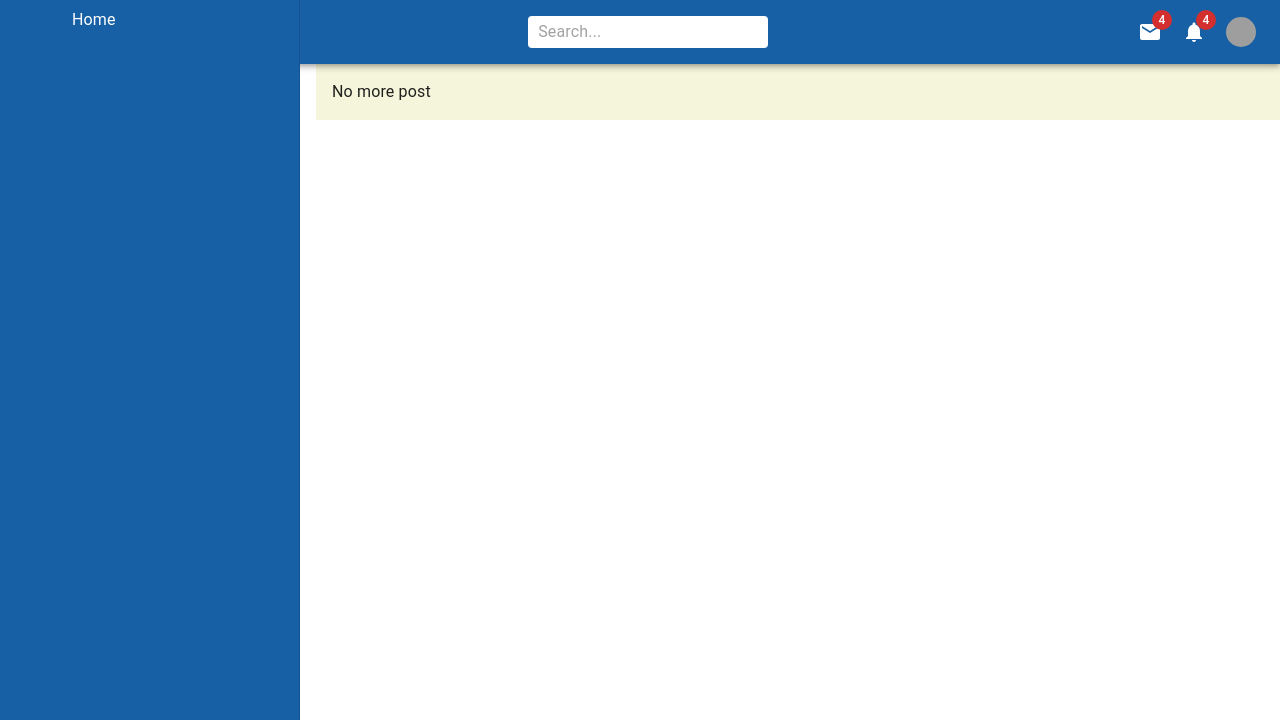
Repository: TrangPhuongLam07/exchangebookfrontend
Page: /
An editor plug-in stored every save of this project. The page is shown before and after the next save, followed by the edit.
The browser window is 1280 px wide. The pictures show the whole page.
Pictures or frames that could not be fetched are drawn as grey boxes. The page's requests for data from a server got no answer. The project was rebuilt for these pictures with package versions that can differ from the ones it lists, and the page was loaded fresh each time. Some packages were replaced by stand-ins written for this rebuild. No one was signed in, and anything a server would have sent is missing. Also part of the build but not shown: craco.config.js, src/components/post/index.js. Imported but missing from the stored project, and not drawn on this page: src/pages/management/add-post, src/pages/management/update-post.

Above is the page before, as saved 2023-08-01 17:02:49.

### src/index.js
import ReactDOM from "react-dom/client";
import React from "react";
import config from "./config";
import App from "./App";
import { ThemeProvider } from "@mui/material";
import "./index.css";
const root = ReactDOM.createRoot(document.getElementById("root"));

root.render(
  <React.StrictMode>
    <ThemeProvider theme={config.theme}>
      <App />
    </ThemeProvider>
  </React.StrictMode>
);

### src/config/index.js
import routes from "./routes";
import theme from "./theme";
const config = {
  routes,
  theme,
};

export default config;

### src/App.js
import { ReactQueryDevtools } from "@tanstack/react-query-devtools";
import { QueryClient, QueryClientProvider } from "@tanstack/react-query";
import { privateRoutes, publicRoutes } from "~/routes";
import { Fragment, Suspense } from "react";
import { CssBaseline } from "@mui/material";
import { BrowserRouter as Router, Routes, Route } from "react-router-dom";
import { Toaster } from "react-hot-toast";
const queryClient = new QueryClient({
  defaultOptions: {
    queries: {
      refetchOnWindowFocus: false,
      refetchOnMount: false,
      refetchOnReconnect: false,
      retry: 1,
      staleTime: 5 * 1000,
    },
  },
});

function App() {
  return (
    <QueryClientProvider client={queryClient}>
      <CssBaseline />
      <Toaster
        toastOptions={{
          duration: 1500,
        }}
      />
      <Router>
        <Suspense fallback={<div>Loading...</div>}>
          <Routes>
            {publicRoutes.map((route, index) => {
              const Page = route.component;
              const Layout = route.layout || Fragment;
              return (
                <Route
                  key={index}
                  path={route.path}
                  element={
                    <Layout>
                      <Page />
                    </Layout>
                  }
                />
              );
            })}
            {privateRoutes.map((route, index) => {
              const Page = route.component;
              const Layout = route.layout || Fragment;
              const Role = route?.role;
              return (
                <Route
                  key={index}
                  path={route.path}
                  element={
                    <Layout>
                      <Page />
                    </Layout>
                  }
                />
              );
            })}
          </Routes>
        </Suspense>
      </Router>
      <ReactQueryDevtools initialIsOpen={false} />
    </QueryClientProvider>
  );
}

export default App;

### src/index.css
body {
  margin: 0;
  font-family: -apple-system, BlinkMacSystemFont, "Segoe UI", "Roboto", "Oxygen",
    "Ubuntu", "Cantarell", "Fira Sans", "Droid Sans", "Helvetica Neue",
    sans-serif;
  -webkit-font-smoothing: antialiased;
  -moz-osx-font-smoothing: grayscale;
}

code {
  font-family: source-code-pro, Menlo, Monaco, Consolas, "Courier New",
    monospace;
}
img {
  max-width: 100%;
  object-fit: cover;
}

### src/config/routes.js
const routes = {
  home: "/",
  management: {
    management: "/management",
    add: "/management/add",
    update: "/management/update/:id",
    transaction: "/management/transaction",
    profile: "/management/profile",
  },
};
export default routes;

### src/config/theme.js
import { createTheme } from "@mui/material";
const theme = createTheme({
  palette: {
    primary: {
      main: "#1760A5",
      light: "skyblue",
    },
    secondary: {
      main: "#15C630",
    },
  },
});
export default theme;

### src/routes/index.js
import config from "~/config";
import { lazy } from "react";

const HomePage = lazy(() => import("~/pages/home"));
const AddPostPage = lazy(() => import("~/pages/management/add-post"));
const UpdatePostPage = lazy(() => import("~/pages/management/update-post"));
const ManagementPage = lazy(() => import("~/pages/management"));
const TransactionPage = lazy(() => import("~/pages/management/transaction"));

const ProfilePage = lazy(() => import("~/pages/management/profile"));

const DetailPage = lazy(() => import("~/pages/detail"));

const DefaultLayout = lazy(() => import("~/layouts/default"));
const ManagementLayout = lazy(() => import("~/layouts/management"));
const DetailLayout = lazy(() => import("~/layouts/detail"));

const publicRoutes = [
  {
    path: config.routes.home,
    component: HomePage,
    layout: DefaultLayout,
  },
];
const privateRoutes = [
  {
    path: config.routes.management.management,
    component: ManagementPage,
    layout: ManagementLayout,
  },
  {
    path: config.routes.management.add,
    component: AddPostPage,
    layout: ManagementLayout,
  },
  {
    path: config.routes.management.update,
    component: UpdatePostPage,
    layout: ManagementLayout,
  },
  {
    path: config.routes.management.profile,
    component: ProfilePage,
    layout: ManagementLayout,
  },
  {
    path: config.routes.management.transaction,
    component: TransactionPage,
    layout: ManagementLayout,
  },
  {
    path: config.routes.detailPage,
    component: DetailPage,
    layout: ManagementLayout,
  },
];

export { publicRoutes, privateRoutes };

### src/pages/home/index.js
import { useInfiniteQuery } from "@tanstack/react-query";
import { useCallback, useEffect, useId, useRef, useState } from "react";
import Feed from "~/components/feed";
import Post from "~/components/post";
import { postService } from "~/services";
const HomePage = () => {
  const uuid = useId();
  const [lastPostId, setLastPostId] = useState();
  const { data, isFetchingNextPage, error, fetchNextPage, hasNextPage } =
    useInfiniteQuery({
      queryKey: ["posts"],
      queryFn: postService.getAll,
      getNextPageParam: (lastPage, allPages) => {
        return allPages.length < 3 && allPages.length + 1;
      },
      getPreviousPageParam: (firstPage, allPages) => firstPage.prevCursor,
    });
  const intObserver = useRef();
  const lastPostRef = useCallback(
    (post) => {
      if (isFetchingNextPage) return;
      intObserver.current && intObserver.current.disconnect();
      intObserver.current = new IntersectionObserver((post) => {
        if (post[0].isIntersecting && hasNextPage) fetchNextPage();
      });
      post && intObserver.current.observe(post);
    },
    [isFetchingNextPage, fetchNextPage, hasNextPage]
  );

  if (error) return <>Error: {error.message}</>;
  return (
    <Feed>
      {data?.pages.map((page) => {
        return page.map((post, i) => {
          // if (data?.pages.length - 1 === i) {
          //   return <Post key={uuid} ref={lastPostRef} post={post} />;
          // }
          return (
            <Post
              key={i}
              post={post}
              ref={data?.pages.length - 1 === i ? lastPostRef : null}
            />
          );
        });
      })}
      {!hasNextPage && "No more post"}
    </Feed>
  );
};

export default HomePage;

### src/layouts/default/index.js
import { Box, Stack } from "@mui/material";
import AddPostBtn from "~/components/buttons/add-btn";
import Header from "~/components/header";
import Sidebar from "~/components/sidebar";

const DefaultLayout = ({ children }) => {
  return (
    <Box>
      <Header />
      <Stack direction="row" spacing={2} justifyContent="space-between">
        <Sidebar />
        {children}
        {/* <Feed /> */}
      </Stack>
      <AddPostBtn />
    </Box>
  );
};

export default DefaultLayout;

### src/components/feed/index.js
import { Box } from "@mui/material";

const Feed = ({ children }) => {
  return (
    <Box bgcolor="beige" flex={5} p={2}>
      {children}
    </Box>
  );
};

export default Feed;

### src/services/index.js
export * as categoryService from "./categoryService";
export * as postService from "./postService";
export * as userService from "./userService";

### src/components/buttons/add-btn/index.js
import {
  Avatar,
  Box,
  Button,
  ButtonGroup,
  Fab,
  Modal,
  TextField,
  Tooltip,
  Typography,
  styled,
} from "@mui/material";
import { Add as AddIcon } from "@mui/icons-material";
import { useState } from "react";
const AddPostBtn = () => {
  const [open, setOpen] = useState(false);
  const handleClose = () => setOpen(false);

  const StyledModal = styled(Modal)({
    display: "flex",
    alignItems: "center",
    justifyContent: "center",
  });
  const UserBox = styled(Box)({
    display: "flex",
    alignItems: "center",
    gap: "10px",
    marginBottom: "20px",
  });
  return (
    <Box>
      <Tooltip
        onClick={() => setOpen(true)}
        title="Add post"
        sx={{
          position: "fixed",
          bottom: 20,
          left: { xs: "calc(50% - 25px)", md: 30 },
        }}
      >
        <Fab color="primary" aria-label="Add">
          <AddIcon />
        </Fab>
      </Tooltip>
      <StyledModal open={open} onClose={handleClose}>
        <Box width={500} height={350} p={3} borderRadius={4} bgcolor="white">
          <Typography variant="h6" color="gray" textAlign="center">
            Create post
          </Typography>
          <UserBox>
            <Avatar
              src="https://source.unsplash.com/random"
              sx={{ width: 30, height: 30 }}
            />
            <Typography fontWeight={500} variant="span">
              Kienthuc
            </Typography>
          </UserBox>
          <TextField
            multiline
            rows={4}
            placeholder="What's in your mind"
            variant="standard"
            sx={{
              width: "100%",
            }}
          />
          <ButtonGroup fullWidth variant="contained" sx={{ marginTop: 3 }}>
            <Button>Post</Button>
          </ButtonGroup>
        </Box>
      </StyledModal>
    </Box>
  );
};

export default AddPostBtn;

### src/components/header/index.js
import { Pets, Mail, Notifications } from "@mui/icons-material";
import {
  AppBar,
  Typography,
  Box,
  Toolbar,
  InputBase,
  Badge,
  styled,
  Avatar,
  Menu,
  MenuItem,
} from "@mui/material";
import { useState } from "react";
import { useNavigate } from "react-router-dom";

const Header = () => {
  const [open, setOpen] = useState(false);
  const navigate = useNavigate();
  const handleToggle = () => {
    setOpen(!open);
  };

  const StyledToobar = styled(Toolbar)({
    display: "flex",
    justifyContent: "space-between",
  });
  const Search = styled("div")(({ theme }) => ({
    background: "white",
    padding: "0 10px",
    borderRadius: theme.shape.borderRadius,
  }));
  const Icons = styled(Box)(({ theme }) => ({
    display: "none",
    alignItems: "center",
    gap: "20px",
    [theme.breakpoints.up("sm")]: {
      display: "flex",
    },
  }));
  const UserBox = styled(Box)(({ theme }) => ({
    display: "flex",
    alignItems: "center",
    gap: "10px",
    [theme.breakpoints.up("sm")]: {
      display: "none",
    },
  }));
  return (
    <AppBar position="sticky">
      <StyledToobar>
        <Typography
          variant="h6"
          sx={{
            display: { xs: "none", sm: "block" },
          }}
        >
          ExchangeBook
        </Typography>
        <Pets
          sx={{
            display: { xs: "block", sm: "none" },
          }}
        />
        <Search>
          <InputBase placeholder="Search..." />
        </Search>
        <Icons>
          <Badge badgeContent={4} color="error">
            <Mail />
          </Badge>
          <Badge badgeContent={4} color="error">
            <Notifications />
          </Badge>
          <Avatar
            sx={{ width: 30, height: 30 }}
            src="https://source.unsplash.com/random"
            onClick={handleToggle}
          />
        </Icons>
        <UserBox onClick={handleToggle}>
          <Avatar
            sx={{ width: 30, height: 30 }}
            src="https://source.unsplash.com/random"
          />
        </UserBox>
        <Menu
          id="menu"
          aria-aria-labelledby="demo"
          open={open}
          onClose={() => setOpen(false)}
          anchorOrigin={{
            vertical: "top",
            horizontal: "right",
          }}
          transformOrigin={{
            vertical: "top",
            horizontal: "right",
          }}
        >
          <MenuItem
            onClick={() => navigate("/management/profile", { replace: true })}
          >
            Profile
          </MenuItem>
          <MenuItem>My account</MenuItem>
          <MenuItem>Logout</MenuItem>
        </Menu>
      </StyledToobar>
    </AppBar>
  );
};

export default Header;

### src/components/sidebar/index.js
import { Home, ModeNight } from "@mui/icons-material";
import {
  Box,
  List,
  ListItem,
  ListItemIcon,
  ListItemText,
  Switch,
  styled,
  Drawer,
  ListItemButton,
} from "@mui/material";
import { Link } from "react-router-dom";
import theme from "~/config/theme";
const Sidebar = () => {
  const StyledLink = styled(Link)({
    display: "flex",
    alignItems: "center",
    width: "100%",
    padding: "10px 20px",
    rowGap: 5,
  });

  return (
    // <Box
    //   flex={1}
    //   position="relative"
    //   p={2}
    //   sx={{
    //     display: { xs: "none", sm: "block" },
    //   }}
    // >
    //   <Box position="fixed" width={1 / 8}>
    //     <List>
    //       <ListItem>
    //         <StyledLink to="/">
    //           <ListItemIcon>
    //             <Home />
    //           </ListItemIcon>
    //           <ListItemText primary="Home" />
    //         </StyledLink>
    //       </ListItem>
    //       <ListItem>
    //         <StyledLink to="/management">
    //           <ListItemIcon>
    //             <Home />
    //           </ListItemIcon>
    //           <ListItemText primary="Management" />
    //         </StyledLink>
    //       </ListItem>
    //       <ListItem>
    //         <StyledLink to="/management/add">
    //           <ListItemIcon>
    //             <Home />
    //           </ListItemIcon>
    //           <ListItemText primary="Add" />
    //         </StyledLink>
    //       </ListItem>
    //       <ListItem>
    //         <StyledLink to="/management/transaction">
    //           <ListItemIcon>
    //             <Home />
    //           </ListItemIcon>
    //           <ListItemText primary="Transaction" />
    //         </StyledLink>
    //       </ListItem>
    //       <ListItem>
    //         <ListItemIcon>
    //           <ModeNight />
    //           <Switch />
    //         </ListItemIcon>
    //       </ListItem>
    //     </List>
    //   </Box>
    // </Box>
    <Drawer
      variant="permanent"
      sx={{
        width: 300,
        flexShrink: 0,
        "& .MuiDrawer-paper": {
          width: 300,
          boxSizing: "border-box",
          backgroundColor: theme.palette.primary.main,
          color: "white",
        },
      }}
    >
      <List disablePadding>
        <ListItemButton>
          <ListItemIcon></ListItemIcon>
          Home
        </ListItemButton>
      </List>
    </Drawer>
  );
};

export default Sidebar;

### src/services/categoryService.js
import httpRequest from "~/utils/httpRequest";

export const findById = async (id) => {
  try {
    const res = await httpRequest.get(`/posts/${id}`);
    return res.data;
  } catch (error) {
    console.log(error);
  }
};
export const findAll = async () => {
  try {
    const res = await httpRequest.get("/categories");
    return res.data;
  } catch (error) {
    console.log(error);
  }
};

### src/services/postService.js
import httpRequest from "~/utils/httpRequest";
const REQUEST = "/posts";

export const create = async (data) =>
  httpRequest.post(REQUEST, data, {
    headers: {
      "Content-Type": "multipart/form-data",
    },
  });
export const getOne = async (id) => {
  try {
    const res = await httpRequest.get(REQUEST + `/${id}`);
    return res.data;
  } catch (error) {}
};
export const getAll = async ({ pageParam = 1 }, page = 1) => {
  console.log(pageParam, page);
  try {
    const res = await httpRequest.get(
      `${REQUEST}?page=${page}&size=${pageParam}`
    );
    return res.data.postsResponses;
  } catch (error) {
    console.log(error);
  }
};
export const updateOne = async (id, data) => {
  try {
    const res = await httpRequest.put(`${REQUEST}/${id}`, data, {
      headers: {
        "Content-Type": "multipart/form-data",
      },
    });
    return res.data;
  } catch (error) {
    console.log(error);
  }
};
export const deleteOne = async (id) => {
  try {
    const res = await httpRequest.delete(`${REQUEST}/${id}`);
    return res.data;
  } catch (error) {
    console.log(error);
  }
};

### src/services/userService.js
import httpRequest from "~/utils/httpRequest";
const REQUEST = "/posts";

export const update = async (data) =>
  httpRequest.post(REQUEST, data, {
    headers: {
      "Content-Type": "multipart/form-data",
    },
  });

### src/utils/httpRequest.js
import axios from "axios";

const httpRequest = axios.create({
  baseURL: process.env.REACT_APP_BASE_API,
});

export const get = async (path, options = {}) => {
  const response = await httpRequest.get(path, options);
  return response.data;
};
export const post = async (path, data, options = {}) => {
  const response = await httpRequest.post(path, data, options);
  return response.data;
};
export const put = async (path, data, options = {}) => {
  const response = await httpRequest.put(path, data, options);
  return response.data;
};
export const remove = async (path, options = {}) => {
  const response = await httpRequest.delete(path, options);
  return response.data;
};
export default httpRequest;

Loaded but not shown: public/index.html (common file)

After the next save:
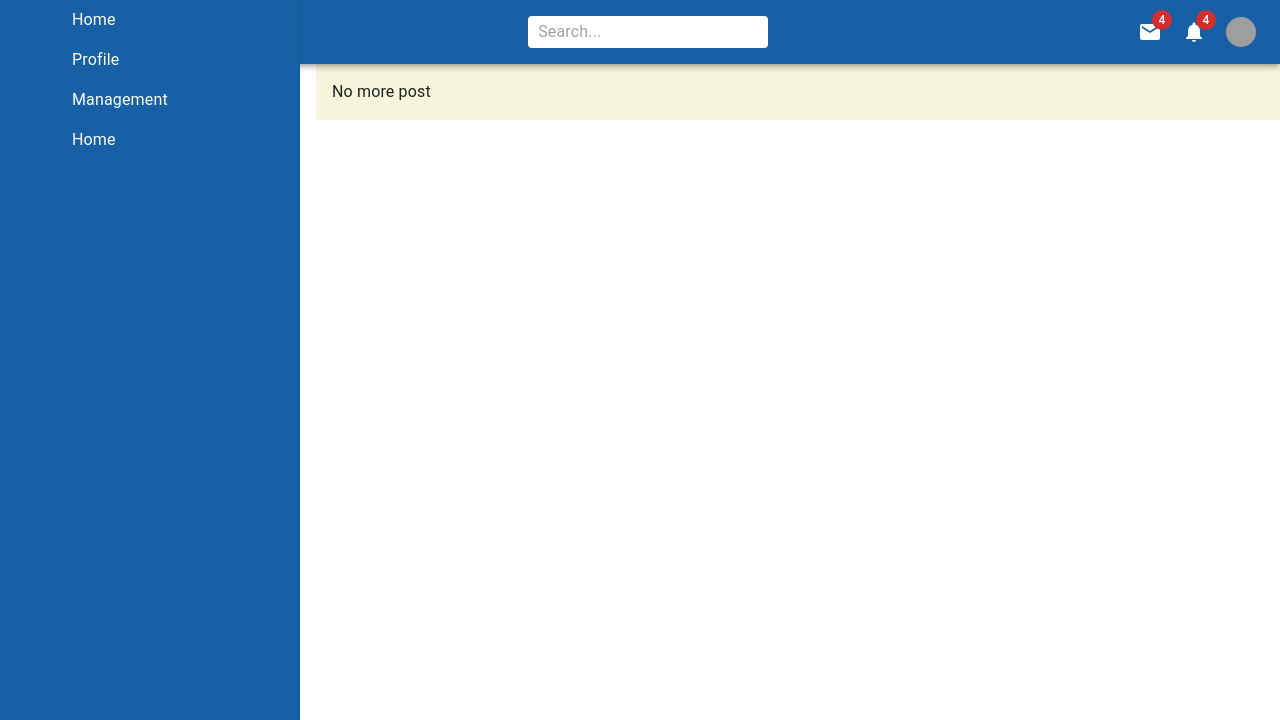
Saved 36 min 56 s later.
--- a/src/components/sidebar/index.js
+++ b/src/components/sidebar/index.js
@@ -91,6 +91,18 @@ const Sidebar = () => {
           <ListItemIcon></ListItemIcon>
           Home
         </ListItemButton>
+        <ListItemButton>
+          <ListItemIcon></ListItemIcon>
+          Profile
+        </ListItemButton>
+        <ListItemButton>
+          <ListItemIcon></ListItemIcon>
+          Management
+        </ListItemButton>
+        <ListItemButton>
+          <ListItemIcon></ListItemIcon>
+          Home
+        </ListItemButton>
       </List>
     </Drawer>
   );
